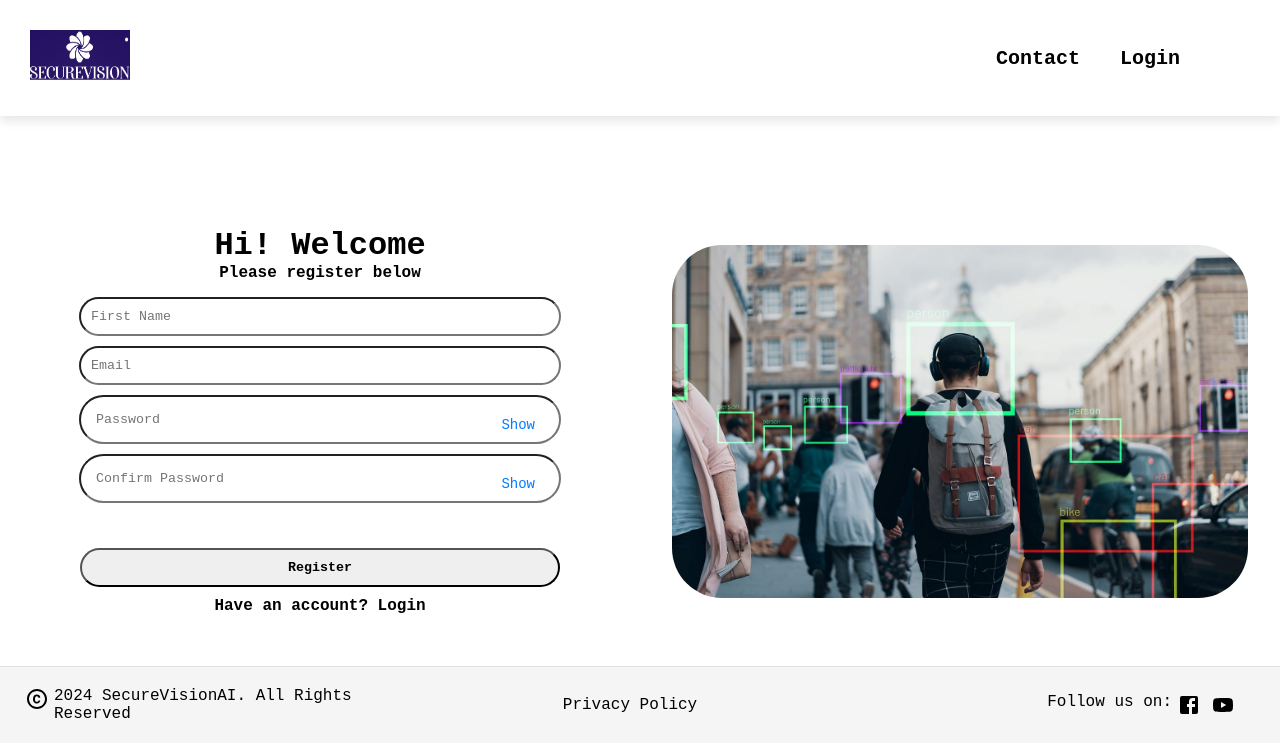
Repository: BuddhimaB/SecureVisionAI
Page: /register (app in client/)
The author's editor kept a copy of each file at every save. The page is drawn from the files as they stood at one save, then again after the next save.
The browser window is 1280 px wide. The pictures show the whole page.
The project was rebuilt for these pictures with package versions that can differ from the ones it lists, and the page was loaded fresh each time. Also part of the build but not shown: client/src/Pages/Login/login.jsx, client/src/Pages/Home/Home.css, client/src/components/NavBar/NavBar.jsx, client/src/services/vision-api.js, client/src/Pages/Home/Home.jsx, client/src/Pages/Profile/Profile.css, client/src/Pages/Profile/Profile.jsx, client/src/Pages/Intrusions/Intrusion.css and 9 more. Imported but missing from the stored project, and not drawn on this page: client/src/assets/startVideo.mp4.

Above is the page before, as saved 2024-09-16 22:33:30.

### client/public/index.html
<!DOCTYPE html>
<html lang="en">
  <head>
    <meta charset="utf-8" />
    <link rel="icon" href="%PUBLIC_URL%/favicon.ico" />
    <meta name="viewport" content="width=device-width, initial-scale=1" />

    <meta
      name="description"
      content="Web site created using create-react-app"
    />
    <link rel="preconnect" href="https://fonts.googleapis.com">
<link rel="preconnect" href="https://fonts.gstatic.com" crossorigin>
<link href="https://fonts.googleapis.com/css2?family=Roboto:ital,wght@0,100;0,300;0,400;0,500;0,700;0,900;1,100;1,300;1,400;1,500;1,700;1,900&display=swap" rel="stylesheet">
<link rel="stylesheet" href="style.css">
    <title>SecureVision App</title>
  </head>
  <body>
    <noscript>You need to enable JavaScript to run this app.</noscript>
    <div id="root"></div>

  </body>
</html>

### client/src/App.js
import Login from "./Pages/Login/login";
import {
  BrowserRouter as Router,
  Route,
  Routes,
  Navigate
} from 'react-router-dom';
import Register from "./Pages/Register/Register";
import Home from "./Pages/Home/Home";
import Profile from "./Pages/Profile/Profile";
import Intrusion from "./Pages/Intrusions/Intrusion";
import Contact from "./Pages/ContactUs/Contact";
import NewUser from "./Pages/NewUser/NewUser";
import ForgotPassword from "./Pages/ForgotPassword/ForgotPassword";
import Setting1 from "./Pages/SettingPage/Setting1";
import PasswordReset from "./Pages/PasswordReset/PasswordReset";
import UserProfile from "./Pages/User/UserProfile";
import Privacy from "./Pages/Privacy/Privacy";

function App() {
  return (
    <div className="App">
      <Router>
      <Routes>
        <Route path='/home' element={<Home />} />
        <Route exact path='/' element={<Login />} />
        <Route path='/register' element={<Register />} />
        <Route path='/profile' element={<Profile/>} />
        <Route path='/setting' element={<Setting1 />} />
        <Route path='/intrusion' element={<Intrusion />} />

        <Route path='/contact' element={<Contact />} />
        <Route path='/newuser' element={<NewUser />} />
        <Route path='/forgot-password' element={<ForgotPassword />} />
        <Route path='/reset' element={<PasswordReset />} />
        <Route path='/user' element={<UserProfile />} />
        <Route path ='/privacy' element={<Privacy/>} />
      </Routes>
      </Router>


    </div>
  );
}

export default App;

### client/src/Pages/Register/Register.jsx
import './Register.css';
import Topbar from '../../components/Topbar/Topbar';
import Bottom from '../../components/BottomDetails/Bottom';
import { useState } from 'react';
import { useNavigate } from 'react-router-dom';
import Main from '../../assets/Mainimg.jpg';
import { register } from '../../api/client'; // Ensure to import your register API function

export default function Register() {
    const [passwordVisible, setPasswordVisible] = useState(false);
    const [confirmPasswordVisible, setConfirmPasswordVisible] = useState(false);
    const [fullName, setFullName] = useState(''); // State for full name
    const [email, setEmail] = useState('');       // State for email
    const [password, setPassword] = useState(''); // State for password
    const [confirmPassword, setConfirmPassword] = useState(''); // State for confirm password
    const [error, setError] = useState(''); // State for storing error messages
    const navigate = useNavigate(); // Hook for navigation

    const togglePasswordVisibility = () => {
        setPasswordVisible(!passwordVisible);
    };

    const toggleConfirmPasswordVisibility = () => {
        setConfirmPasswordVisible(!confirmPasswordVisible);
    };

    const gotoLogin = () => {
        navigate('/');
    };

    // Function to handle form submission
    const handleRegister = async () => {
        // Reset error state
        setError('');

        // Validate input fields
        if (!fullName || !email || !password || !confirmPassword) {
            setError('All fields are required.');
            return;
        }

        // Email validation using regex
        const emailPattern = /^[^\s@]+@[^\s@]+\.[^\s@]+$/;
        if (!emailPattern.test(email)) {
            setError('Please enter a valid email address.');
            return;
        }

        if (password !== confirmPassword) {
            setError('Passwords do not match.');
            return;
        }

        try {
            // Call the updated API function to register with fullName
            const response = await register(fullName, email, password);

            if (response) {
                console.log('Registration Successful:', response);
                // Navigate to the login page after successful registration
                navigate('/');
            }
        } catch (error) {
            setError('Registration failed. Please try again.');
            console.error('Registration Error:', error);
        }
    };

    return (
        <div className='RegisterContainer'>
            <Topbar />
            <div className="RegisterWrapper">
                <div className="RegisterLeft">
                    <h1>Hi! Welcome</h1>
                    <h4>Please register below</h4>
                    <div className="inputField">
                        <input
                            className='inputField'
                            type="text"
                            placeholder="First Name"
                            value={fullName} // Bind input value to state
                            onChange={(e) => setFullName(e.target.value)} // Update state on change
                        />
                        <input
                            className='inputField'
                            type="email"
                            placeholder="Email"
                            value={email} // Bind input value to state
                            onChange={(e) => setEmail(e.target.value)} // Update state on change
                        />
                        <div className="passwordContainer">
                            <input
                                className='inputField'
                                type={passwordVisible ? 'text' : 'password'}
                                placeholder="Password"
                                value={password} // Bind input value to state
                                onChange={(e) => setPassword(e.target.value)} // Update state on change
                            />
                            <button
                                type="button"
                                onClick={togglePasswordVisibility}
                                className="toggle-btn"
                            >
                                {passwordVisible ? 'Hide' : 'Show'}
                            </button>
                        </div>

                        <div className="passwordContainer">
                            <input
                                className='inputField'
                                type={confirmPasswordVisible ? 'text' : 'password'}
                                placeholder="Confirm Password"
                                value={confirmPassword} // Bind input value to state
                                onChange={(e) => setConfirmPassword(e.target.value)} // Update state on change
                            />
                            <button
                                type="button"
                                onClick={toggleConfirmPasswordVisibility}
                                className="toggle-btn"
                            >
                                {confirmPasswordVisible ? 'Hide' : 'Show'}
                            </button>
                        </div>
                    </div>

                    {error && <p className="error">{error}</p>} {/* Display error messages */}

                    <button
                        className="RegisterButton"
                        onClick={handleRegister} // Attach handleRegister to onClick
                    >
                        Register
                    </button>
                    <span
                        onClick={gotoLogin}
                        className='fogotPass'>
                        Have an account? Login
                    </span>
                </div>

                <div className="RegisterRight">
                    <img
                        className="RegisterRightimg"
                        src={Main} alt="Secure Vision AI"
                    />
                </div>
            </div>
            <Bottom className='bottomPart'/>
        </div>
    );
}

### client/src/Pages/Login/Login.css
.feedContainer {
    display: flex;
    justify-content: center;
    align-items: center;
    height: calc(100vh - 150px);  /* Adjust to take up the full height minus Topbar and Bottom */
}

.feedLeft{
    display: flex;
    flex-direction: column;
    justify-content: center;
    align-items: center;
    width: 50%;
    height: calc(100vh - 110px);
    background-color: rgba(255, 255, 255, 0.3); /* 70% transparency */
    padding: 20px;
    border-radius: 10px;
    box-shadow: 0 4px 8px rgba(0, 0, 0, 0.1);
    backdrop-filter: blur(10px);
}


.inputField {
    display: flex;
    justify-content: center;
    align-items: center;
    flex-direction: column;
    margin-bottom: 10px;
    padding: 10px;
    border-radius: 40px;
    width: 80%;
}

.inputField > input {
    width: 100%; /* Adjust width to fit within the inputField */
    padding: 10px;
    margin-bottom: 10px;
}

.loginButton {
    padding: 10px;
    border-radius: 20px;
    width: 50%;
    color: black;
    font-weight: 700;
    cursor: pointer;
    margin-bottom: 10px;
}

.loginButton:hover {
    background-color: #9b1cc2;
    color: white;
}

.fogotPass {
    font-weight: 700;
    cursor: pointer;
}

.fogotPass:hover {
    color: #9b1cc2;
    text-decoration: underline;
}

.video {
    position: fixed; /* Fixed position to cover the entire background */
    top: 0;
    left: 0;
    z-index: -1;
    width: 100%;
    height: 100%;
    object-fit: cover;
}

### client/src/components/Topbar/Topbar.jsx
import { useNavigate, useLocation } from 'react-router-dom';
import './Topbar.css'
import SecureVision from '../../assets/SecureVision.png';

export default function Topbar() {
  const navigate = useNavigate();
  const location = useLocation();

  const gotoRegister = () => {
    navigate('/register');
  }

  const gotoLogin = () => {
    navigate('/');
  }

  const gotoContact = () => {
    navigate('/contact');
  }

  return (
    <div className='topbarContainer'>
      <div className="topbarLeft">
        <span className="logo">
          <img className='logoimg' src={SecureVision} alt="Secure Vision"/>
        </span>
      </div>

      <div className="topbarRight">
        <div className="topbarLinks">
          <span
            onClick={gotoContact}
            className="topbarLink">Contact</span>

          {location.pathname === '/' ? (
            <span
              onClick={gotoRegister}
              className="topbarLink">Register</span>
          ) : location.pathname === '/register' ? (
            <span
              onClick={gotoLogin}
              className="topbarLink">Login</span>
          ) : null}

        </div>
      </div>
    </div>
  )
}

### client/src/components/BottomDetails/Bottom.jsx
import './Bottom.css'
import CopyrightIcon from '@mui/icons-material/Copyright';
import FacebookIcon from '@mui/icons-material/Facebook';
import YouTubeIcon from '@mui/icons-material/YouTube';

export default function Bottom() {
  const gotoPrivacy = () => {
    window.location.href = '/privacy';
  }
  return (
    <div className='bottomContainer'>
        <div className='bottomLeft'>
            <CopyrightIcon className='icons' />
            <span>2024 SecureVisionAI. All Rights Reserved</span>
        </div>
        <div className='bottomCenter'>
            <span
            onClick={gotoPrivacy}>Privacy Policy</span>
        </div>
        <div className='bottomRight'>
            <span>Follow us on: </span>

            <FacebookIcon  className='icons'/>
            <YouTubeIcon className='icons'/>

        </div>
    </div>
  )
}

### client/src/api/client.js
import axios from "axios";
import {LOCAL_API_HOST,MODEL_API_HOST} from "../../src/constants";

export const register = async (fullName, email, password) => {
    try {
        const response = await axios.post(`${LOCAL_API_HOST}user/register`, {
            fullName,
            email,
            password,
        });
        return response.data;
    } catch (error) {
        console.error(error);
        throw error;  // Re-throw the error for proper handling
    }
};

export const login = async (email, password) => {
    try {
        const response = await axios.post(`${LOCAL_API_HOST}user/login`, {
            email,
            password,
        });
        return response.data;
    } catch (error) {
        console.error(error);
        throw error;  // Re-throw the error for proper handling
    }
};

### client/src/Pages/Register/Register.css
.RegisterContainer{

    justify-content: center;
    align-items: center;
    height: 100vh;

}
.RegisterWrapper{

    height: calc(100vh - 170px);
    display: flex;
}
.RegisterLeft{
    display: flex;
    flex-direction: column;
    justify-content: center;
    align-items: center;
    width: 50%;
    height: calc(100vh - 110px);

}



.inputField {
    width: 80%;
    padding: 10px;
    margin-bottom: 10px;
    box-sizing: border-box;
}

.passwordContainer {
    width: 100%;
    position: relative;
    display: flex;
    align-items: center;
}

.passwordContainer .inputField {
    flex: 1;
}

.toggle-btn {
    position: absolute;
    right: 10px;
    background: none;
    border: none;
    cursor: pointer;
    font-size: 14px;
    color: #007bff;
}

.RegisterButton{
    padding: 10px;
    border-radius: 40px;
    width: 75%;

    color:black;
    font-weight: 700;
    cursor: pointer;
    margin-bottom: 10px;
}
.RegisterButton:hover{
    background-color: #9b1cc2;
    color:white
}
.fogotPass{
    font-weight: 700;
    cursor: pointer;

}

.fogotPass:hover {
    color: #0056b3;
    text-decoration: underline;
}

.RegisterRight{
    display: flex;
    justify-content: center;
    align-items: center;
    width: 50%;
    height: calc(100vh - 110px);
}
.RegisterRightimg{
    width: 90%;
    border-radius: 50px;
}

### client/src/constants.js
export const MODEL_API_HOST = 'http://192.168.1.4:5000';
export const LOCAL_API_HOST = "http://localhost:4001/api/";

### client/src/Pages/ForgotPassword/ForgotPassword.css
.feedContainer{
    display: flex;
    justify-content: center;
    align-items: center;
    height: calc(100vh - 150px);
}
.feedLeft{
    display: flex;
    flex-direction: column;
    justify-content: center;
    align-items: center;
    width: 50%;
    height: calc(100vh - 110px);

}
.inputField{
    display: flex;
    justify-content: center;
    align-items: center;
    flex-direction: column;
    margin-bottom: 10px;
    padding: 15px;
    border-radius: 40px;
    width: 80%;
}
.inputField > input{
    width: 100%;
    padding: 10px;
    margin-bottom: 10px;
}
.loginButton{
    padding: 10px;
    border-radius: 40px;
    width: 77%;

    color:black;
    font-weight: 700;
    cursor: pointer;
    margin-bottom: 10px;
}
.loginButton:hover{
    background-color: #9b1cc2;
    color:white
}
.fogotPass{
    font-weight: 700;
    cursor: pointer;

}
.fogotPass:hover{
    color: #9b1cc2;
    text-decoration: underline;
}
.feedRight{
    display: flex;
    justify-content: center;
    align-items: center;
    width: 50%;
    height: calc(100vh - 200px);
    background: #f6f3f3;
}
.feedRightimg{
    width: 80%;
    border-radius: 50px;
    margin: 0px;
    border: none;
}
.error {
    color: red;
    font-size: 14px;
    margin-top: 5px;
  }

### client/src/Pages/SettingPage/Setting1.css
.settings-container {
display: flex;
flex-direction: column;
padding: 20px;
height: fit-content;
}

.settings-content {
display: flex;
justify-content: space-between;
}

.settings-left, .settings-right {
flex: 1;
margin: 10px;
border: none;
gap: 20px;
border-radius: 10px;
box-shadow: rgba(0, 0, 0, 0.24) 0px 3px 8px;
background: white;
padding: 20px;

}


.setting-item {
margin-bottom: 20px;
}

.error-message {
color: red;
margin-top: 5px;
}

.success-message {
color: green;
margin-top: 10px;
}

.save-container {
text-align: center;
}

.btn-save {
background-color: #2476e0;
color: white;
padding: 10px 20px;
border: none;
border-radius: 4px;
cursor: pointer;
}

.btn-danger, .delete-btn{
    background-color: red;

}
.btn-danger:hover, .delete-btn:hover{
    background-color: rgb(188, 44, 44);
}

button{
    margin: 10px;
}

.delete-btn{
    margin-top: 50px;

}

### client/src/components/Topbar/Topbar.css
.topbarContainer{
    display: flex;
    justify-content: space-between;
    align-items: center;
    top: 0;
    z-index: 999;
    padding: 30px;
    background-color: #fff;
    box-shadow: 0 5px 10px rgba(0, 0, 0, 0.1);
    position: sticky;

}

.logoimg{
    width: 100px;
    height: 50px;

}
.topbarRight{
    display: flex;
    align-items: center;
    margin-right: 40px;

}
.topbarLink{
    margin-right: 20px;
    font-size: 20px;
    font-weight: 700;
    padding: 10px;
    border-radius: 10px;
    cursor: pointer;
}
.topbarLink:hover{
    background-color: #9b1cc2;
    color: white;
}

### client/src/components/BottomDetails/Bottom.css
.bottomContainer{
    flex: 1;
    display: flex;
    justify-content: space-between;
    align-items: center;
    /* position: sticky; */
    bottom: 0;
    padding: 20px;
    z-index: 999;
    background-color: #f5f5f5;
    border-top: 1px solid #e0e0e0;

}
.bottomLeft{
    flex: 1;
    display: flex;
    justify-content: left;
}
.bottomCenter{
    flex: 1;
    display: flex;
    justify-content: center;
    align-items: center;
    cursor: pointer;

}
.bottomCenter:hover{
    text-decoration: underline;
}
.icons {
    width: 110px;  /* or any size you want */
    height: 50px; /* or any size you want */
    cursor: pointer;
    margin:0 5px ;
}
.bottomRight{
    flex: 1;
    display: flex;
    justify-content: right;
    margin-right: 20px;


}

### client/src/components/NavBar/NavBar.css
.navbarContainer{
    display: flex;
    justify-content: space-between;
    align-items: center;
    top: 0;
    z-index: 999;
    padding: 10px 30px;
    box-shadow: 0 5px 10px rgba(0, 0, 0, 0.1);
    position: sticky;
    margin: 0px;
    background: white;
}


.navbar-icons {
    display: flex;
    gap: 30px;
    margin-right: 30px;
}



.notification-list {
    position: absolute;
    top: 80px;
    right: 120px;
    width: 300px;
    background-color: white;
    box-shadow: 0 4px 8px rgba(0, 0, 0, 0.1);
    border-radius: 4px;
    padding: 8px;
    z-index: 1000;
    border: 1px solid lightgray;
}

.logo {
    font-size: 24px;
    font-weight: bold;
    font-family: 'Poppins', sans-serif;
    color: #ffffff;
  }
.logo a {
    text-decoration: none;
    transition: color 0.3s ease;
  }

.logo a:hover {
    color: #a15cd2;
    text-shadow: 0px 2px 4px rgba(0, 0, 0, 0.4);
  }

### client/public/style.css
*{
    margin: 0;
    font-family: 'Courier New', Courier, monospace;
}

Loaded but not shown: client/src/index.js (common file)

After the next save:
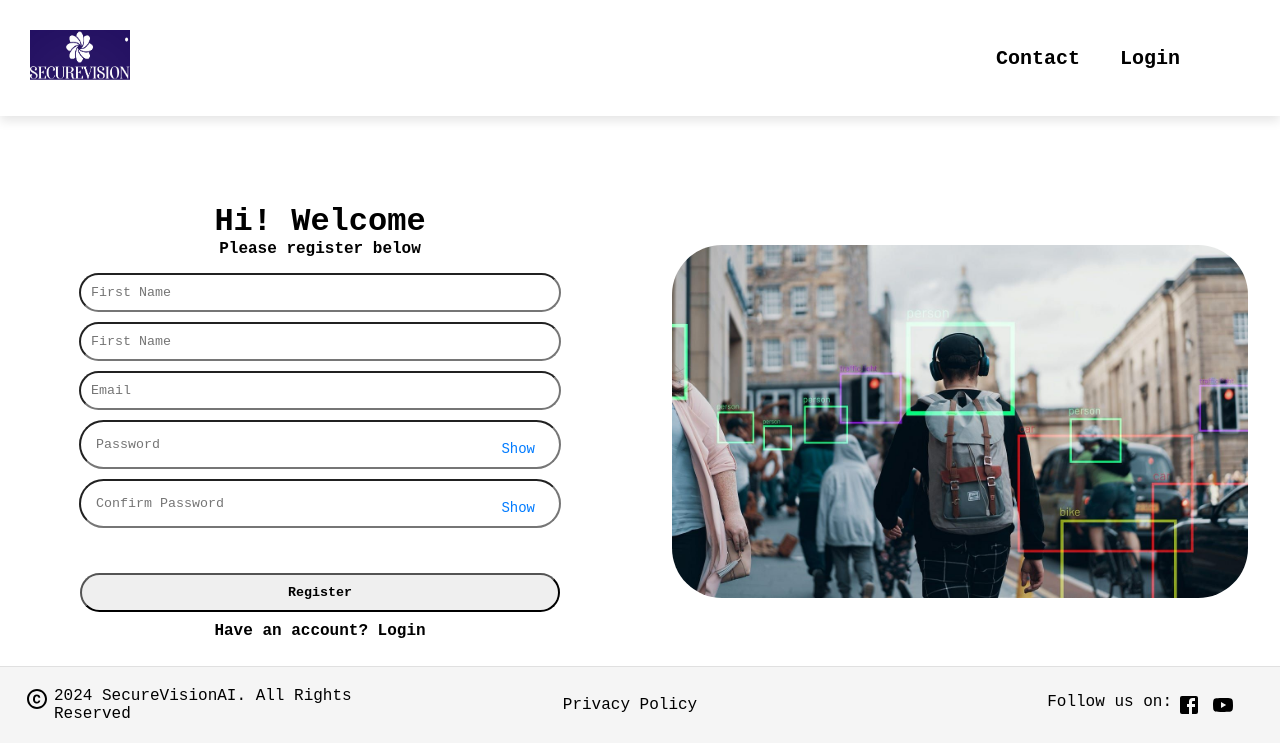
Saved 7 s later.
--- a/client/src/Pages/Register/Register.jsx
+++ b/client/src/Pages/Register/Register.jsx
@@ -83,6 +83,13 @@ export default function Register() {
                         />
                         <input
                             className='inputField'
+                            type="text"
+                            placeholder="First Name"
+                            value={fullName} // Bind input value to state
+                            onChange={(e) => setFullName(e.target.value)} // Update state on change
+                        />
+                        <input
+                            className='inputField'
                             type="email"
                             placeholder="Email"
                             value={email} // Bind input value to state
